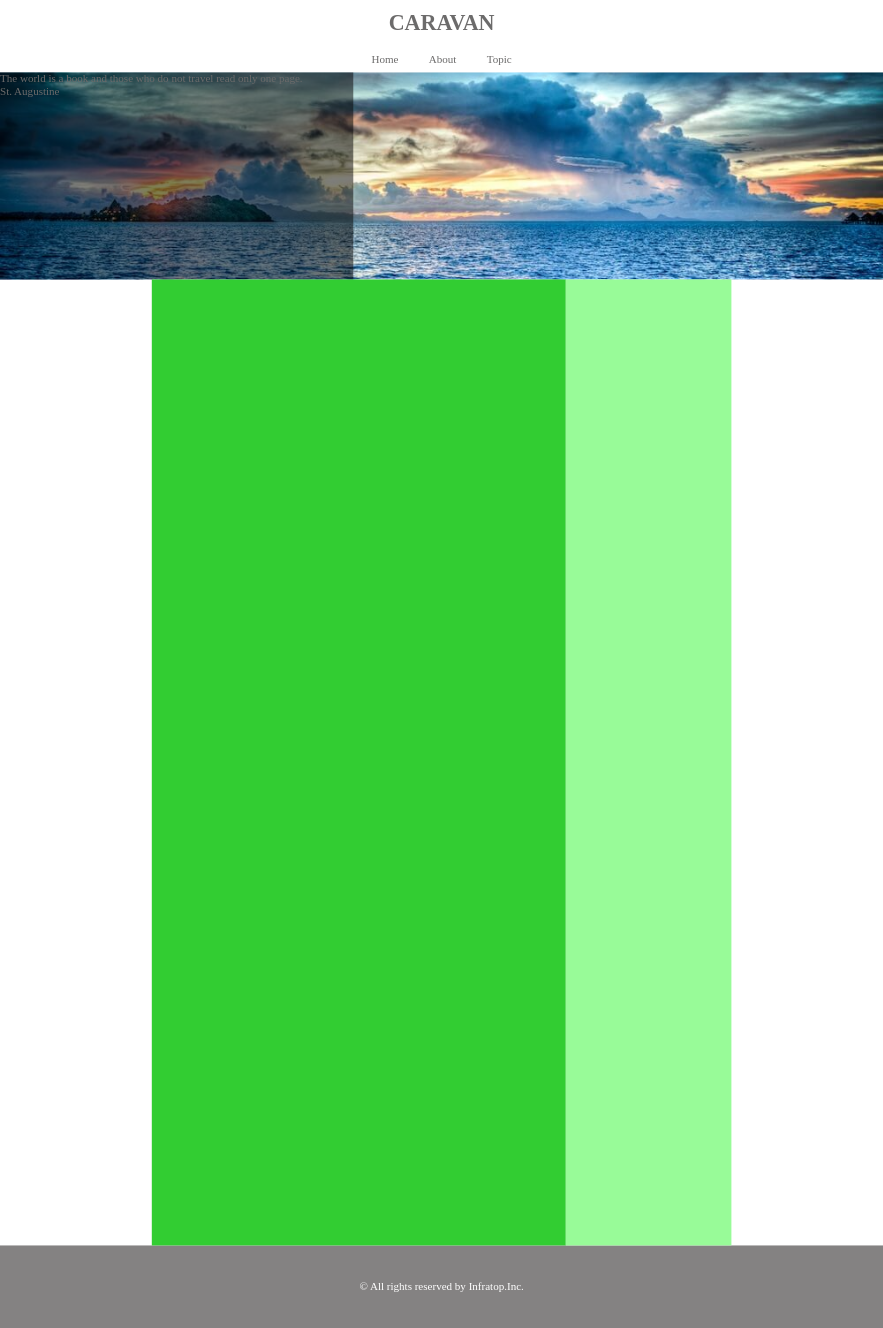
Repository: rascalNoShippo/git-practice
Page: caravan/index.html
The author's editor kept a record of every edit. The page is drawn from the files as they stood at one moment, then again after the next edit.
The browser window is 1280 px wide. The pictures show the whole page, at 69% of full size.

Above is the page before.

After the next edit:
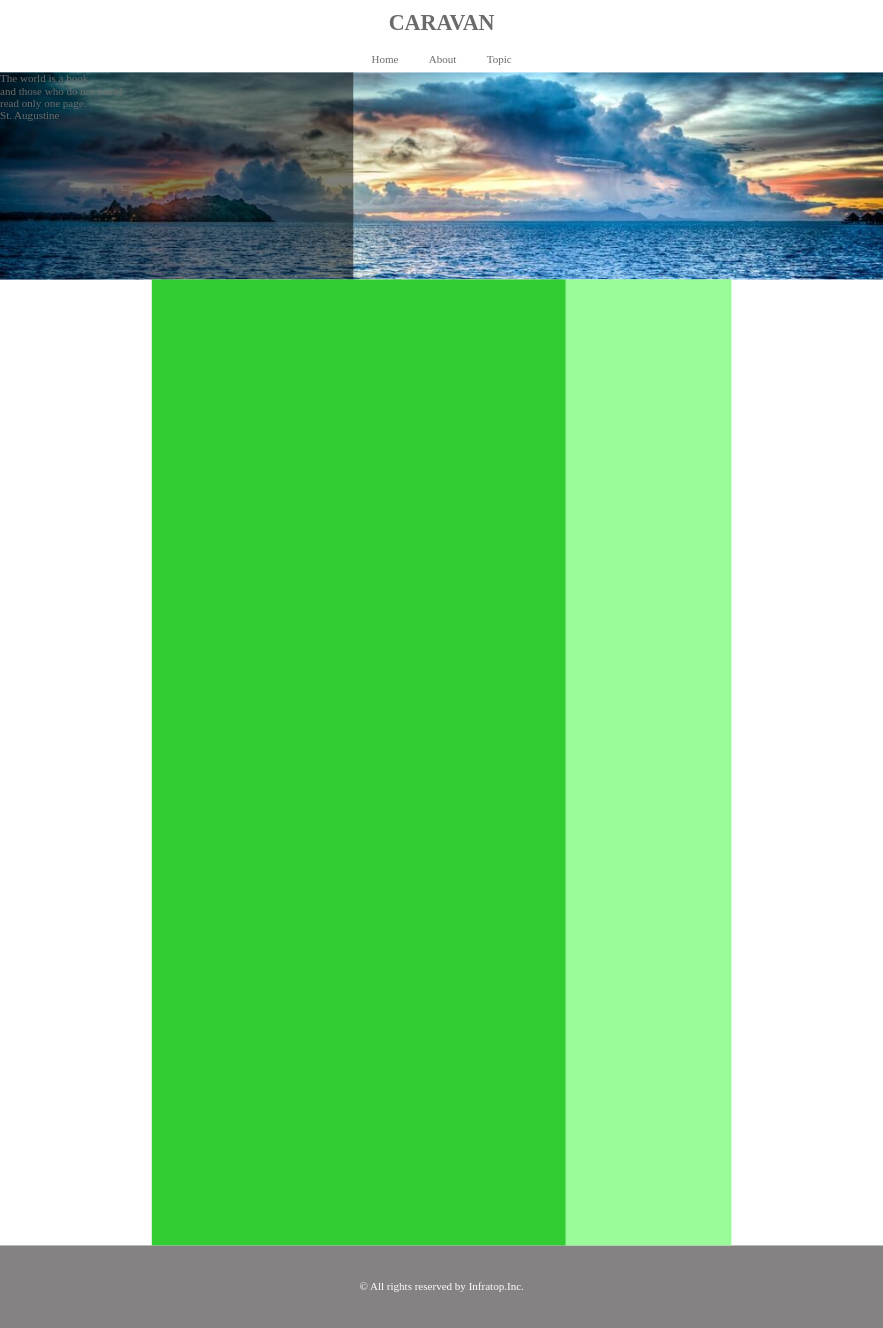
The edit:
--- a/caravan/index.html
+++ b/caravan/index.html
@@ -25,7 +25,7 @@
       <div class="main-visual-content">
         <div>
           <p class="main-visual-text">
-            The world is a book and those who do not travel read only one page.
+            The world is a book<br>and those who do not travel<br>read only one page.
           </p>
           <p class="main-visual-name">
             St. Augustine
